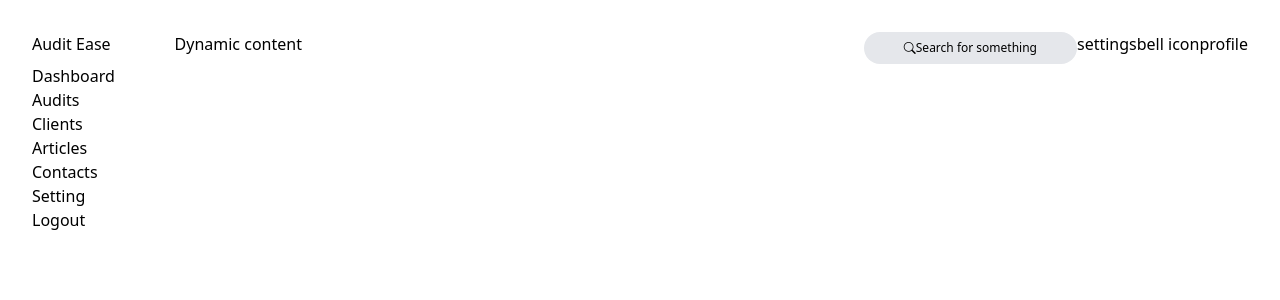
Repository: EclipticCode/Audit-Ease-FE
Page: /
The author's editor kept a copy of each file at every save. The page is drawn from the files as they stood at one save, then again after a run of saves.
The browser window is 1280 px wide. The pictures show the whole page.
Some web libraries are served in a nearby version. The project was rebuilt for these pictures with package versions that can differ from the ones it lists, and the page was loaded fresh each time. Also part of the build but not shown: vite.config.js, Login.jsx, src/Navbar.jsx.

Above is the page before, as saved 2025-03-27 21:05:20.

### index.html
<!doctype html>
<html lang="en">
  <head>
    <meta charset="UTF-8" />
    <link rel="icon" type="image/svg+xml" href="" />
    <meta name="viewport" content="width=device-width, initial-scale=1.0" />
    <title>Audit Ease</title>
     <!-- Bootstrap Icon link-->
     <link
     rel="stylesheet"
     href="https://cdn.jsdelivr.net/npm/bootstrap-icons@1.11.3/font/bootstrap-icons.min.css"
   />
    <!-- Font awesome CDN -->
    <link rel="stylesheet" href="https://cdnjs.cloudflare.com/ajax/libs/font-awesome/6.6.0/css/all.min.css">
  </head>
  <body>
    <div id="root"></div>
    <script type="module" src="/src/main.jsx"></script>
  </body>
</html>

### src/main.jsx
import React from "react";
import ReactDOM from "react-dom/client";
import App from "./App";
import "./index.css"; // Ensure Tailwind styles are imported

ReactDOM.createRoot(document.getElementById("root")).render(
  <React.StrictMode>
    <App />
  </React.StrictMode>
);

### src/App.jsx
import React from 'react'
import Login from '../Login'
import Navbar from './Navbar'
import NavandSideBar from './NavandSideBar'

const App = () => {
  return (
   <div>
      <NavandSideBar/>
   </div>
  )
}

export default App

### src/index.css
@import url('https://fonts.googleapis.com/css2?family=Roboto:ital,wght@0,100..900;1,100..900&display=swap');

@import "tailwindcss";

@theme {
  --font-roboto: "Roboto", sans-serif;
  --font-weight-light: 300;
  --font-weight-normal: 400;
  --font-weight-medium: 500;
  --font-weight-semibold: 600;
  --font-weight-bold: 700;
  --color-soft-primary: #B2C4FB;
  --color-light-primary: #053ADA;
  --color-dark-primary: #032691;
  --color-deep-primary: #021655;
  --color-soft-seconday: #FFFFFF;
  --color-light-seconday: #B1B1B1;
  --color-dark-seconday: #263238;
  --color-deep-seconday: #000000;

}

### src/NavandSideBar.jsx
import React from 'react'

const NavandSideBar = () => {
  return (
    <div className='m-8'>
        <div className='flex flex-row justify-between'>
            <div className='flex'>
            <div>Audit Ease</div>
            <div className='ml-16'>Dynamic content</div>
            </div>
            <div className='flex'>
            <div className="bg-gray-200 flex items-center justify-center rounded-full text-xs px-10 py-4 w-auto h-4">
              <span><i className="bi bi-search p"></i></span> <span>Search for something</span>
            </div>
            <div>settings</div>
            <div>bell icon</div>
            <div>profile</div>
            </div>
        </div>
        <div className='flex flex-col'>
            <div>Dashboard</div>
            <div>Audits</div>
            <div>Clients</div>
            <div>Articles</div>
            <div>Contacts</div>
            <div>Setting</div>
            <div>Logout</div>
        </div>
    </div>
  )
}

export default NavandSideBar

After the next 2 saves:
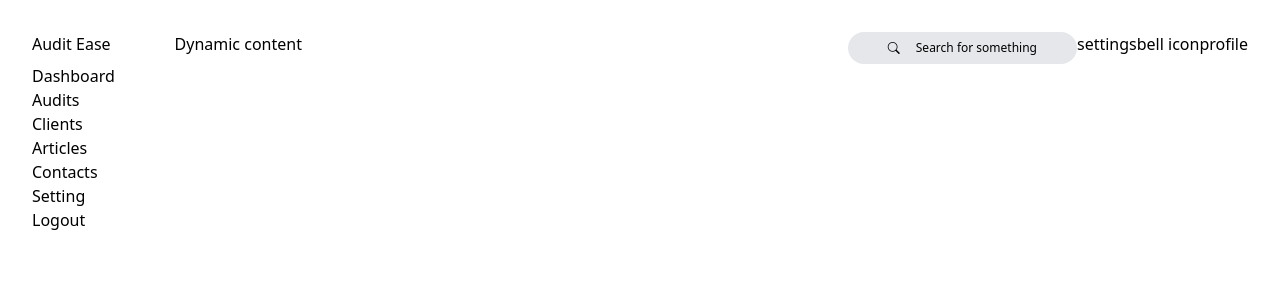
The 2 saves are shown as one change because they came seconds apart.
The last was saved 6 s later.
--- a/src/NavandSideBar.jsx
+++ b/src/NavandSideBar.jsx
@@ -10,7 +10,7 @@ const NavandSideBar = () => {
             </div>
             <div className='flex'>
             <div className="bg-gray-200 flex items-center justify-center rounded-full text-xs px-10 py-4 w-auto h-4">
-              <span><i className="bi bi-search p"></i></span> <span>Search for something</span>
+              <span><i className="bi bi-search pr-4"></i></span> <span>Search for something</span>
             </div>
             <div>settings</div>
             <div>bell icon</div>
